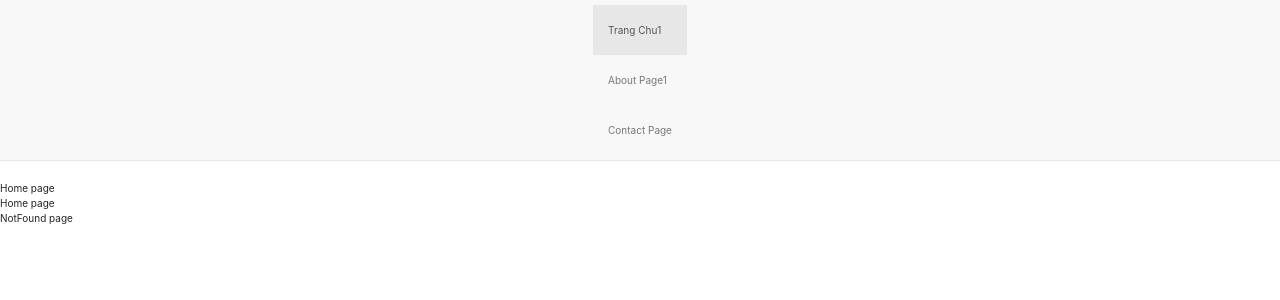
Repository: hntvip/react-route
Page: /
An editor plug-in stored every save of this project. The page is shown before and after a run of saves, followed by the edit.
The browser window is 1280 px wide. The pictures show the whole page.
The project was rebuilt for these pictures with package versions that can differ from the ones it lists, and the page was loaded fresh each time. Also part of the build but not shown: src/components/About.js, src/components/Contact.js.

Above is the page before, as saved 2019-11-28 11:16:11.

### public/index.html
<!DOCTYPE html>
<html lang="en">
  <head>
    <meta charset="utf-8" />
    <link rel="icon" href="%PUBLIC_URL%/favicon.ico" />
    <meta name="viewport" content="width=device-width, initial-scale=1" />
    <meta name="theme-color" content="#000000" />
    <meta
      name="description"
      content="Web site created using create-react-app"
    />
    <link rel="apple-touch-icon" href="logo192.png" />
    <!--
      manifest.json provides metadata used when your web app is installed on a
      user's mobile device or desktop. See https://developers.google.com/web/fundamentals/web-app-manifest/
    -->
    <link rel="manifest" href="%PUBLIC_URL%/manifest.json" />
    <!--
      Notice the use of %PUBLIC_URL% in the tags above.
      It will be replaced with the URL of the `public` folder during the build.
      Only files inside the `public` folder can be referenced from the HTML.

      Unlike "/favicon.ico" or "favicon.ico", "%PUBLIC_URL%/favicon.ico" will
      work correctly both with client-side routing and a non-root public URL.
      Learn how to configure a non-root public URL by running `npm run build`.
    -->
    <title>React App</title>

    <!-- Latest compiled and minified CSS & JS -->
    <link rel="stylesheet" media="screen" href="//netdna.bootstrapcdn.com/bootstrap/3.3.4/css/bootstrap.min.css">
    <script src="//code.jquery.com/jquery.js"></script>
    <script src="//netdna.bootstrapcdn.com/bootstrap/3.3.4/js/bootstrap.min.js"></script>

  </head>
  <body>
    <noscript>You need to enable JavaScript to run this app.</noscript>
    <div id="root"></div>
    <!--
      This HTML file is a template.
      If you open it directly in the browser, you will see an empty page.

      You can add webfonts, meta tags, or analytics to this file.
      The build step will place the bundled scripts into the <body> tag.

      To begin the development, run `npm start` or `yarn start`.
      To create a production bundle, use `npm run build` or `yarn build`.
    -->
  </body>
</html>

### src/index.js
import React from 'react';
import ReactDOM from 'react-dom';
import './index.css';
import App from './App';
import * as serviceWorker from './serviceWorker';

import '../node_modules/bootstrap/dist/css/bootstrap.css';

ReactDOM.render(<App />, document.getElementById('root'));

// If you want your app to work offline and load faster, you can change
// unregister() to register() below. Note this comes with some pitfalls.
// Learn more about service workers: https://bit.ly/CRA-PWA
serviceWorker.unregister();

### src/App.js
import React, { Component } from 'react';
import { BrowserRouter as Router, Route, Switch, Link} from 'react-router-dom';
import Menu from './components/Menu';
import About from './components/About';
import Home from './components/Home';
import Contact from './components/Contact';
import routes from'./routes';

class App extends Component {
  render(){
    return (
      <Router>
        <div className="App">
          <Menu/>
          {/* Noi Dung */}
            <Route path="/" exact component={Home}></Route>
            {this.showContentMenus(routes)}
        </div>
      </Router>
    )
  }
  showContentMenus = (routes) => {
    var result = null;
    if( routes.length > 0){
      result = routes.map( (route, index) => {
        return (
          <Route
            key={index}
            path={route.path}
            onlyExactWhenActive={route.exact}
            component={route.main}
          ></Route>
        )
      })
    }
    return result;

  }
}

export default App;

### src/components/Menu.js
import React, { Component } from 'react';
import { Route, Link} from 'react-router-dom';

const menus = [
  {
    name: "Trang Chu1",
    to:"/",
    exact: true
  },{
    name: "About Page1",
    to:"/about",
    exact: false
  },{
    name: "Contact Page",
    to:"/contact1",
    exact: false
  }
]
const MenuLink = ({label, to, activeOnlyWhenExact}) => {
  return (
    <Route path={to} exact={activeOnlyWhenExact} children={({match})=>{
      var active = match ? 'active': 'abc'
      return (
        <li className={active}>
          <Link to={to} className="my-link">{label}</Link>
        </li>
      )
    }}>
    </Route>
  )
}

class Menu extends Component{
  render(){
    return(
      <nav className="navbar navbar-default navbar-fixed-top" role="navigation">
        <ul className="nav navbar-nav">
          { this.showMenus(menus)}
        </ul>
      </nav>
    );
  }

  showMenus = (menus) => {
    var result = null;
    if ( menus.length > 0 ){
      result = menus.map((menu, index) => {
        return (
          <MenuLink to={menu.to}
            key={index}
            label={menu.name}
            activeOnlyWhenExact={menu.exact}
          />
        )
      })
    }
    return result;
  }
}

export default Menu;

### src/components/Home.js
import React from 'react';

function Home() {
  return (
    <div>Home page</div>
  );
}

export default Home;

### src/routes.js
import React from 'react'
import About from './components/About';
import Home from './components/Home';
import Contact from './components/Contact';
import NotFound from './components/NotFound';

const routes = [
  {
    path:'',
    exact: true,
    main: () => <Home/>
  },
  {
    path:'/about',
    exact: false,
    main: () => <About/>
  },
  {
    path:'/contact',
    exact: false,
    main: () => <Contact/>
  },
  {
    path:'',
    exact: false,
    main: () => <NotFound/>
  }
]

export default routes;

### src/components/NotFound.js
import React from 'react';

function NotFound() {
  return (
    <div>NotFound page</div>
  );
}

export default NotFound;

Loaded but not shown: src/index.css (common file); src/serviceWorker.js (common file)

After the next 5 saves:
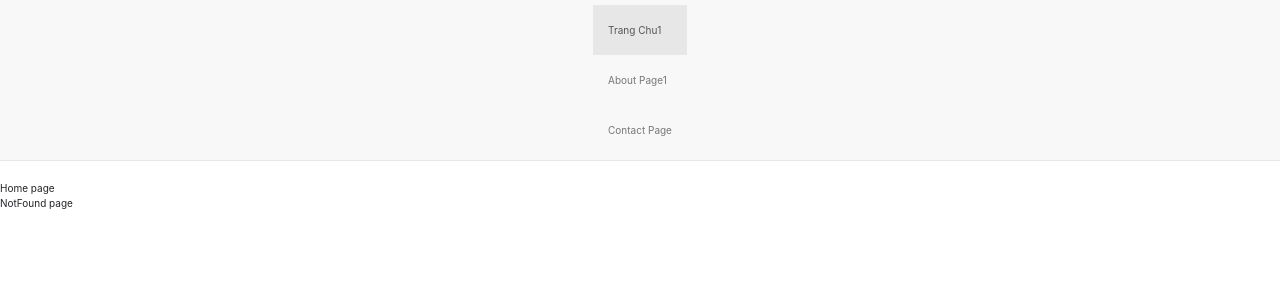
The 5 saves are shown as one change because 1 did not build or start and some came seconds apart.
The last was saved 41 s later.
--- a/src/App.js
+++ b/src/App.js
@@ -1,9 +1,6 @@
 import React, { Component } from 'react';
 import { BrowserRouter as Router, Route, Switch, Link} from 'react-router-dom';
 import Menu from './components/Menu';
-import About from './components/About';
-import Home from './components/Home';
-import Contact from './components/Contact';
 import routes from'./routes';
 
 class App extends Component {
@@ -13,7 +10,6 @@ class App extends Component {
         <div className="App">
           <Menu/>
           {/* Noi Dung */}
-            <Route path="/" exact component={Home}></Route>
             {this.showContentMenus(routes)}
         </div>
       </Router>
